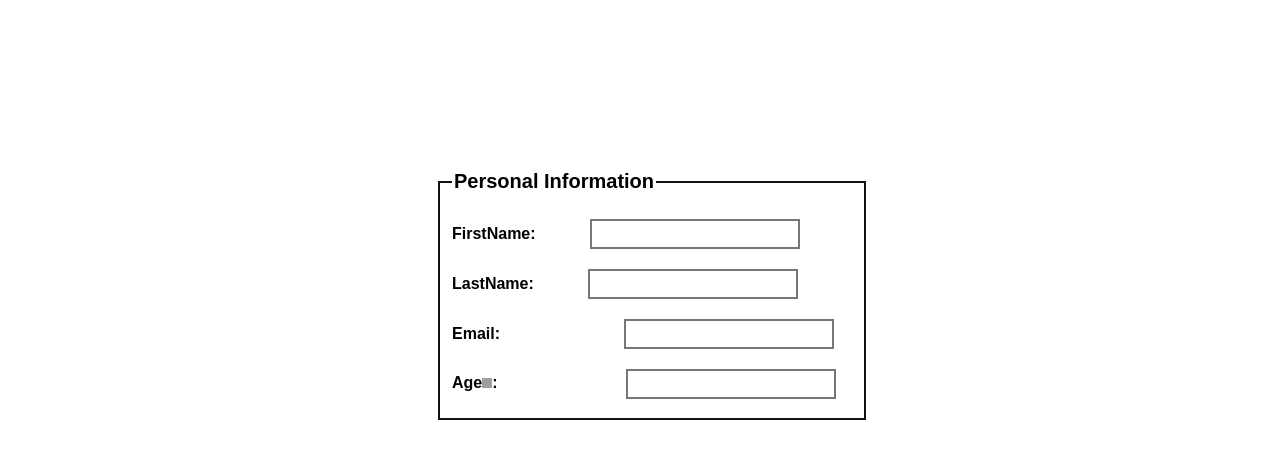
Repository: Femi007-gh/Legend
Page: index.html
The author's editor kept a copy of each file at every save. The page is drawn from the files as they stood at one save, then again after the next save.
The browser window is 1280 px wide. The pictures show the whole page.
Pictures or frames that could not be fetched are drawn as grey boxes.

Above is the page before, as saved 2025-04-04 17:44:41.

After the next save:
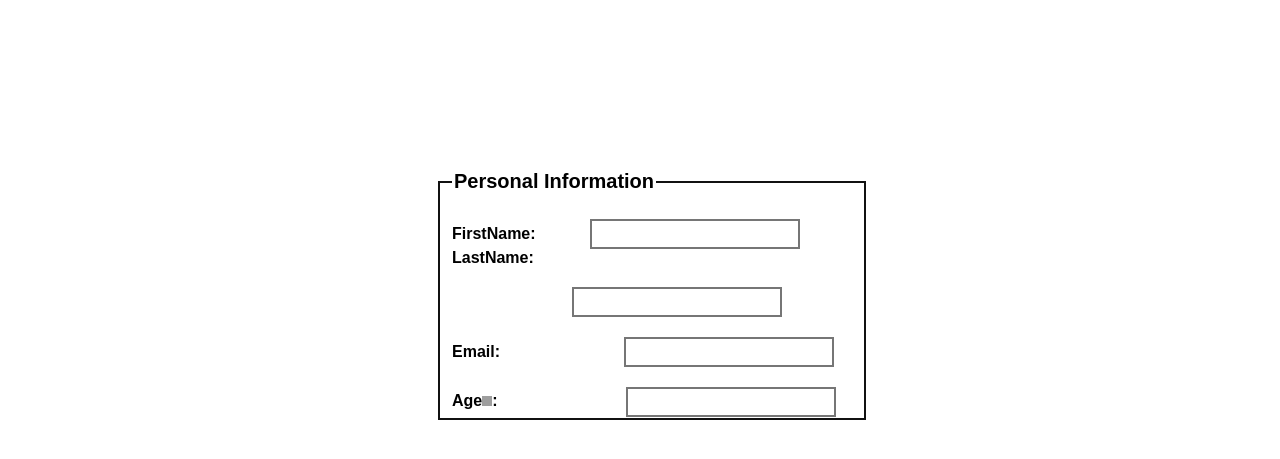
Saved 24 s later.
--- a/style.css
+++ b/style.css
@@ -30,7 +30,7 @@
 
 .LN {
   margin-top: 20px;
-  margin-left: 50px;
+  margin-left: 120px;
   border-style: solid;
   height: 30px;
   width: 210px;

After the save that followed:
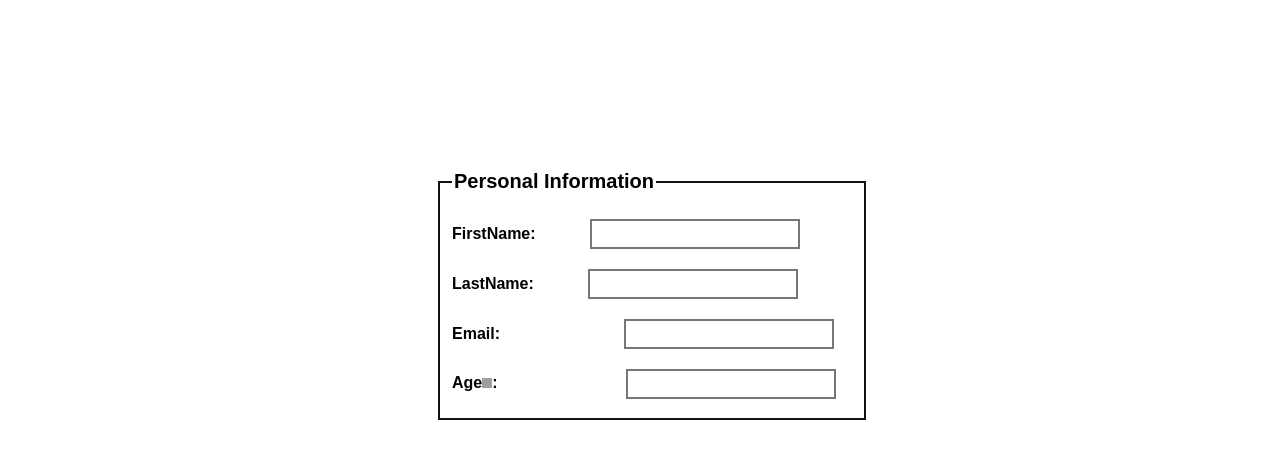
Saved 8 s later.
--- a/style.css
+++ b/style.css
@@ -30,7 +30,7 @@
 
 .LN {
   margin-top: 20px;
-  margin-left: 120px;
+  margin-left: 50px;
   border-style: solid;
   height: 30px;
   width: 210px;
